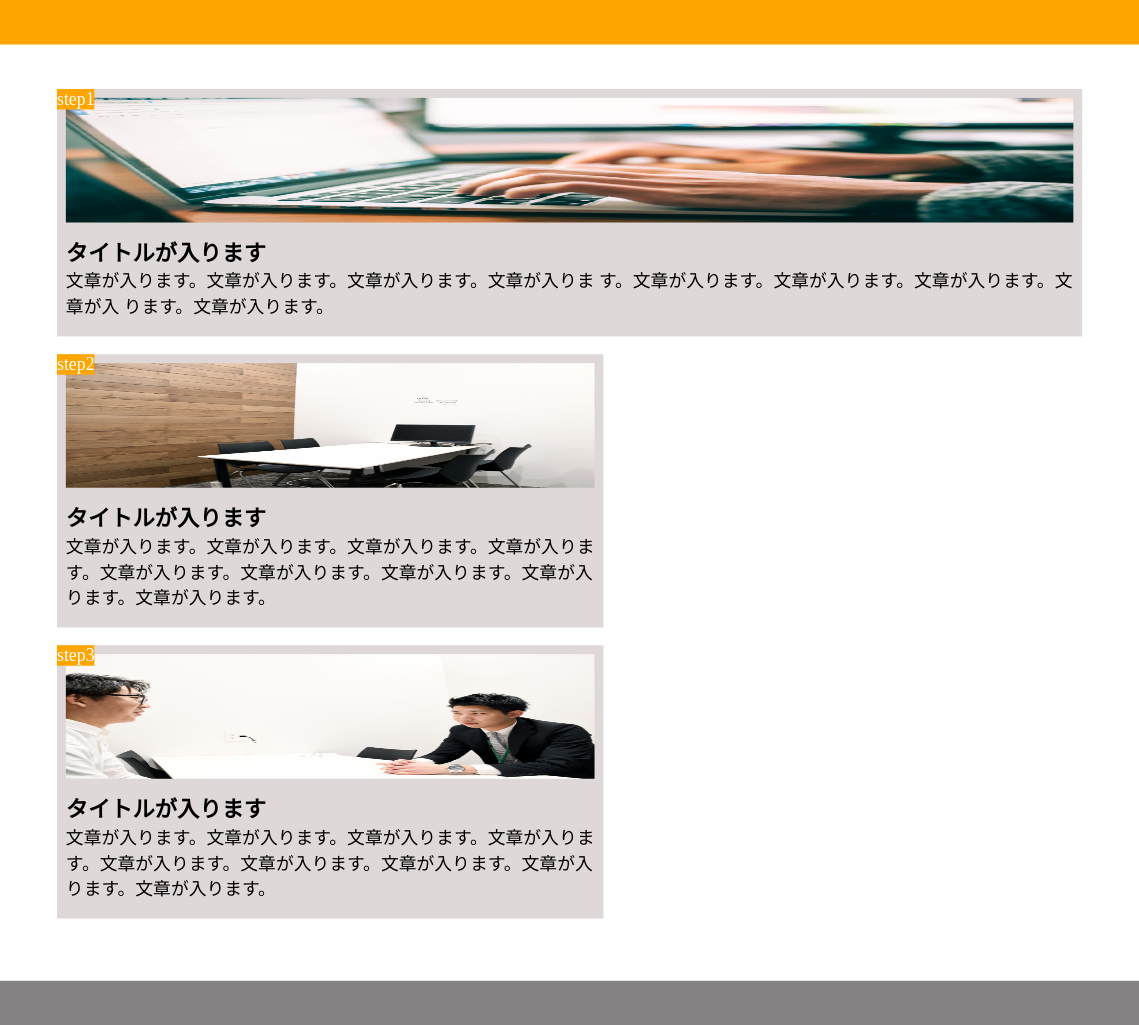
Repository: ishidaryu/ishidaryu
Page: HW/HW.html
The author's editor kept a record of every edit. The page is drawn from the files as they stood at one moment, then again after the next edit.
The browser window is 1280 px wide. The pictures show the whole page, at 89% of full size.

Above is the page before.

After the next edit:
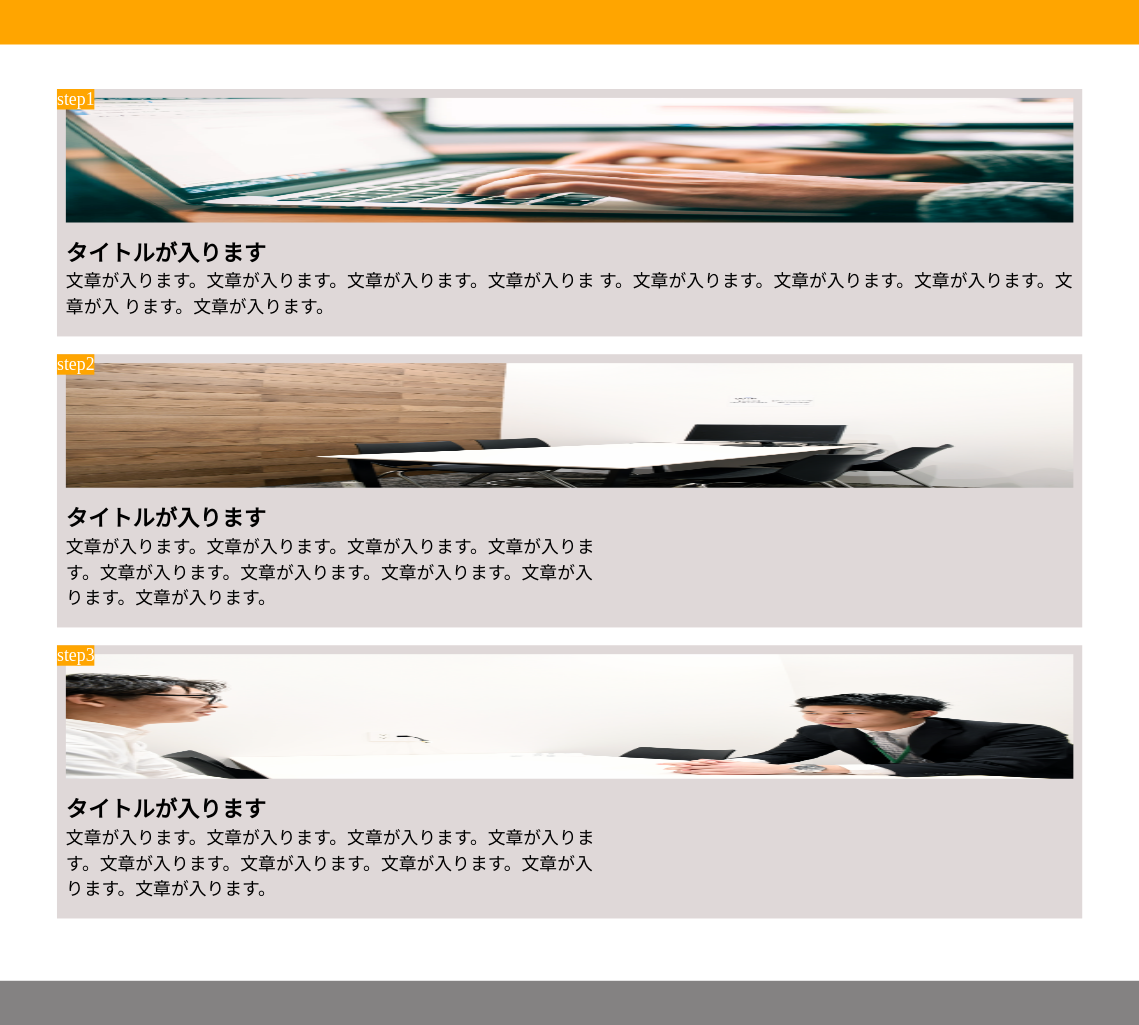
The edit:
--- a/HW/HW.css
+++ b/HW/HW.css
@@ -82,7 +82,7 @@
 .blog-item {
   padding-bottom: 10px;
   margin-bottom: 20px;
-  display: inline-block;
+
   justify-content: flex-start;
   background-color: #dfd8d8;
 }
